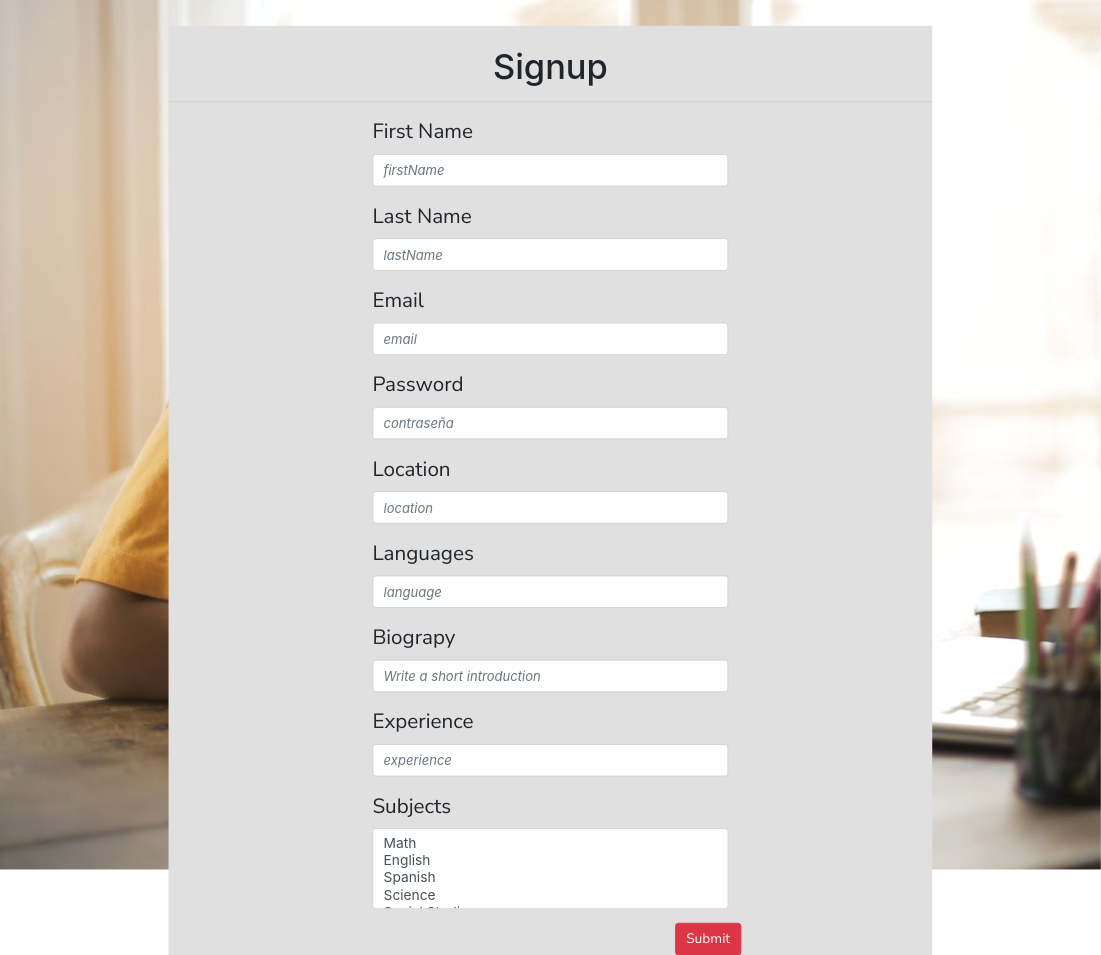
Repository: uprm-inso-4117-2020-2021-s2/semester-project-uprm-inso-4117-2020-2021-s2-team-7
Page: / (app in tutorfinder/)
These files come from the project's save history. The page is drawn as it stood at one moment and after the next save; the edit follows.
The browser window is 1280 px wide. The pictures show the whole page, at 86% of full size.
The project was rebuilt for these pictures with package versions that can differ from the ones it lists, and the page was loaded fresh each time. Also part of the build but not shown: tutorfinder/src/components/Navbar.css, tutorfinder/src/components/Navbar.js, tutorfinder/src/components/TutorInfo.js, tutorfinder/src/Nav.js, tutorfinder/src/Signup.js, tutorfinder/src/Login.js, tutorfinder/src/Home.js, tutorfinder/src/BulletinBoard.css and 3 more.

Above is the page before, as saved 2021-03-30 22:57:28.

### tutorfinder/src/App.js
import React from 'react';
import Navbar from './components/Navbar';
import TutorInfo from './components/TutorInfo'
import './App.css';
import Home from './Home';
import 'bootstrap/dist/css/bootstrap.min.css';
import BulletinBoard from './BulletinBoard';
import Nav from './Nav.js';
import SignupPage from "./SignupPage";

function App() {
  return (
    <div className="App">
      <head>
        <link
          rel="stylesheet"
          href="https://cdn.jsdelivr.net/npm/bootstrap@4.6.0/dist/css/bootstrap.min.css"
          integrity="sha384-B0vP5xmATw1+K9KRQjQERJvTumQW0nPEzvF6L/Z6nronJ3oUOFUFpCjEUQouq2+l"
          crossorigin="anonymous"
        />
      </head>
      {/* <Home></Home> */}
      {/* <TutorInfo></TutorInfo> */}
      <SignupPage></SignupPage>
        {/* <Navbar fixed="top" />
        <TutorInfo /> */}
        {/* <BulletinBoard></BulletinBoard> */}

    </div>
  );
}



export default App;

### tutorfinder/src/SignupPage.js
import React from "react";
import "./App.css";
import "./SignupPage.css"
import { Input, FormGroup, Label, Form, Container, Button, Col } from 'reactstrap';

class SignupPage extends React.Component {

  render() {

    return (
      <div className="container  ">

          <div className=" body center">
<br></br>
          <h1 className="">Signup</h1>
          <hr></hr>
          <div className="content center">
            <Form className=""  >

            <Col className="">
                <FormGroup inline>
                  <div className="text-left">
                    <Label >First Name</Label>
                  </div>

                  <Input
                    type="firstName"
                    name="firstName"

                    id="examplefirstName"
                    placeholder="firstName"
                    className="size"
                  />
                </FormGroup>
              </Col>

              <Col className="">
                <FormGroup inline>
                  <div className="text-left">
                    <Label >Last Name</Label>
                  </div>

                  <Input
                    type="lastName"
                    name="lastName"

                    id="examplelastName"
                    placeholder="lastName"
                    className="size"
                  />
                </FormGroup>
              </Col>

              <Col className="">
                <FormGroup inline>
                  <div className="text-left">
                    <Label >Email</Label>
                  </div>

                  <Input
                    type="email"
                    name="email"

                    id="exampleEmail"
                    placeholder="email"
                    className="size"
                  />
                </FormGroup>
              </Col>

              <Col className="">
                <FormGroup >
                  <div className="text-left">
                    <Label for="">Password</Label>
                  </div>

                  <Input
                    type="password"
                    name="password"

                    id="examplePassword"
                    placeholder="contraseña"
                    className="size"
                  />
                </FormGroup>
              </Col>

              <Col className="">
                <FormGroup >
                  <div className="text-left">
                    <Label for="">Location</Label>
                  </div>

                  <Input
                    type="location"
                    name="location"

                    id="examplelocation"
                    placeholder="location"
                    className="size"
                  />
                </FormGroup>
              </Col>

              <Col className="">
                <FormGroup >
                  <div className="text-left">
                    <Label for="">Languages</Label>
                  </div>

                  <Input
                    type="language"
                    name="language"

                    id="examplelanguage"
                    placeholder="language"
                    className="size"
                  />
                </FormGroup>
              </Col>

              <Col className="">
                <FormGroup >
                  <div className="text-left">
                    <Label for="">Biograpy</Label>
                  </div>

                  <Input
                    type="biography"
                    name="biography"

                    id="examplebiography"
                    placeholder="Write a short introduction"
                    className="size"
                  />
                </FormGroup>
              </Col>

              <Col className="">
                <FormGroup >
                  <div className="text-left">
                    <Label for="">Experience</Label>
                  </div>

                  <Input
                    type="experience"
                    name="experience"

                    id="examplebexperience"
                    placeholder="experience"
                    className="size"
                  />
                </FormGroup>
              </Col>

              <Col className="">
                <FormGroup >
                  <div className="text-left">
                    <Label for="">Subjects</Label>
                  </div>

                  <Input type="select" name="selectMulti" id="exampleSelectMulti" multiple>
          <option>Math</option>
          <option>English</option>
          <option>Spanish</option>
          <option>Science</option>
          <option>Social Studies</option>
        </Input>
                </FormGroup>
              </Col>

              <div className="text-right">


                <Button color="danger" type="submit" className="buttons submit"  >Submit</Button>
              </div>
            </Form>
            </div>

          </div>

      </div>

    );
  }
}

export default SignupPage;

### tutorfinder/src/components/TutorInfo.css
.container {
    padding-top: 30px;
    width: 30%;
}

.Profile {
  padding: 2rem;
  border: 2px solid #fff;
  text-align: center;
  background-color: #E0E0E0;
  border: 1px solid #6F6B6B;
  border-radius: 1rem!important;
}

.pfp {
    text-align: center;
    width: 75%;
}

.Info {
    padding: 1rem;
    border: 1px solid #6F6B6B;
    background-color: #E0E0E0;
    border-radius: 1rem!important;
    overflow-y: auto;
}

.Name {
    padding: 10px;
}

.More {
    border-bottom: 1px solid #6F6B6B;
    padding-bottom: 15px;
    padding-top: 5px;
    margin-left: 10px;
}

ul {
    margin-left: 10px;
    padding-top: 10px;
    overflow-y: auto;
    position: absolute;
    white-space: nowrap;
}

::-webkit-scrollbar {
    width: 0px;
    background: transparent;
}

* {
  -ms-overflow-style: none !important;
}

### tutorfinder/src/Home.css
@import url('https://fonts.googleapis.com/css2?family=Nunito+Sans&display=swap');

body {
    background: url('assets/main.png');
    background-repeat: no-repeat;
    background-size: cover;
    background-position-y: -100px;
}


.box {
    margin-left: 30%;
    width: 40%;
    background: rgba(255, 255, 255, 0.65);
    border-radius: 25px;
    padding: 20px;
}

.boxTitle {
    font-family: Nunito Sans;
    font-style: normal;
    font-weight: bold;
    font-size: 40px;
    line-height: 50px;
    text-align: center;

    color: #333333;
}

.boxText {
    font-family: Nunito Sans;
    font-style: normal;
    font-weight: 300;
    font-size: 24px;
    line-height: 29px;
    text-align: center;

    color: #000000;
}

.form-control:focus {
    box-shadow: none;
}

.form-control-underlined {
    border-width: 0;
    border-bottom-width: 1px;
    border-radius: 0;
    padding-left: 0;
}

.form-control::placeholder {
    font-size: 0.95rem;
    color: #aaa;
    font-style: italic;
  }

### tutorfinder/src/Nav.css
@import url("https://fonts.googleapis.com/css2?family=Nunito+Sans&display=swap");

.title {
  font-family: "Nunito Sans", sans-serif;
  font-style: normal;
  font-weight: bold;
  font-size: 48px;
  line-height: 65px;

}

.navBar {
    table-layout: fixed;
  background-color: #5d7fc5;
  width: 100%;
}

.buttons {
  background: #e0e0e0;
  border-radius: 45px;
  outline: none;
  border-style: solid;

}

.buttonLetters {
  font-family: "Nunito Sans", sans-serif;
  font-style: normal;
  font-weight: 300;
  font-size: 1.8em;
  line-height: 41px;
  text-align: center;
  padding-right: 10%;
  padding-left: 10%;

}

.left{
text-align: left;
padding-left: 2.5%;
width: 50%;
}

.right{
    text-align: left;
    padding-right: 10%;
    width: 20%;
}

.middle{
    /* background-color: red; */
    text-align: right;
    padding-right: 2.5%;
}

### tutorfinder/src/SignupPage.css

.body{
    background-color: #E0E0E0;
    position: relative;
  text-align: center;
  width: 80%;


}

.container{
    text-align: center;

}

.content{
    position: relative;
    text-align: center;
    width: 50%;

}

.center{
    margin-left: auto;
    margin-right: auto;

}

### tutorfinder/src/Welcome.css

@import url("https://fonts.googleapis.com/css2?family=Nunito+Sans&display=swap");

.background{
background-image: url("./assets/bg.png");
width:100%;
height:60em;
position:relative;
}

.square{
    background: rgba(255, 255, 255, 0.65);
border-radius: 25px;
text-align: center;
}

.everything{
    position:absolute;
    top:50%;
    left:50%;
    width :75%;
    height:25%;
    margin-left:-37.5%;
    margin-top:5%;

}

.search{
    width: 100%;
    background: #FFFFFF;
box-shadow: 0px 4px 4px rgba(0, 0, 0, 0.25);
border-radius: 50px;
height: 1.5em;
}

.paragraph{
    font-family: "Nunito Sans", sans-serif;
font-style: normal;
font-weight: 300;
font-size: 1.5em;
line-height: 49px;
text-align: center;
}

.heading{
    font-family: "Nunito Sans", sans-serif;
font-style: normal;
font-weight: bold;
font-size: 3em;
line-height: 87px;
text-align: center;
}

.login{
    position:absolute;
    top:50%;
    left:50%;
    width :75%;
    height:50%;
    margin-left:-37.5%;
    margin-top:5%;
    text-align: center;
    background: rgba(255, 255, 255, 0.65);
    border-radius: 25px;
}

.signup{
    position:absolute;
    top:40%;
    left:50%;
    width :75%;
    height:60%;
    margin-left:-37.5%;
    margin-top:5%;
    text-align: center;
    background: rgba(255, 255, 255, 0.65);
    border-radius: 25px;
}


.size{
    width: 75%;
    background-color: aqua;
}

.fullWidth{
    width: 100%;
}

.text-right{
    text-align: right;

}

.text-left{
    text-align: left;

    font-family: "Nunito Sans", sans-serif;
    font-size: 1.5em;
}

.submit{
    font-family: "Nunito Sans", sans-serif;
    font-style: normal;
    font-weight: 300;
    font-size: 1.2em;
line-height: 200%;
    text-align: center;
    padding-right: 2%;
    padding-left: 2%;
}

.color{
    background-color: red;
}

Loaded but not shown: tutorfinder/public/index.html (common file); tutorfinder/src/index.js (common file); tutorfinder/src/index.css (common file); tutorfinder/src/reportWebVitals.js (common file); tutorfinder/src/App.css (common file)

After the next save:
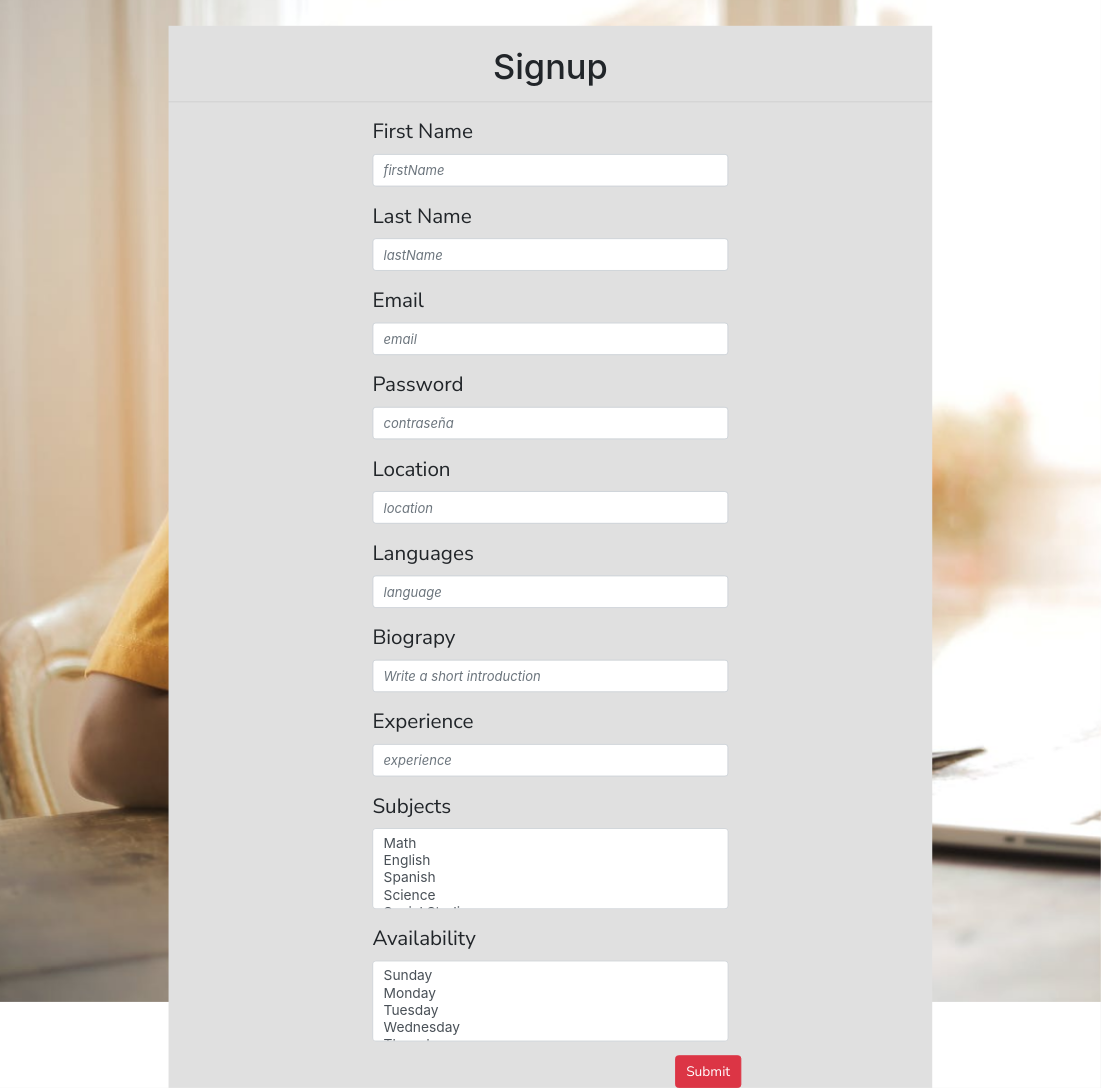
Saved 97 s later.
--- a/tutorfinder/src/SignupPage.js
+++ b/tutorfinder/src/SignupPage.js
@@ -169,6 +169,24 @@ class SignupPage extends React.Component {
                 </FormGroup>
               </Col>
 
+              <Col className="">
+                <FormGroup >
+                  <div className="text-left">
+                    <Label for="">Availability</Label>
+                  </div>
+
+                  <Input type="select" name="selectMulti" id="exampleSelectMulti" multiple>
+          <option>Sunday</option>
+          <option>Monday</option>
+          <option>Tuesday</option>
+          <option>Wednesday</option>
+          <option>Thursday</option>
+          <option>Friday</option>
+          <option>Saturday</option>
+        </Input>
+                </FormGroup>
+              </Col>
+
               <div className="text-right">
 
 
